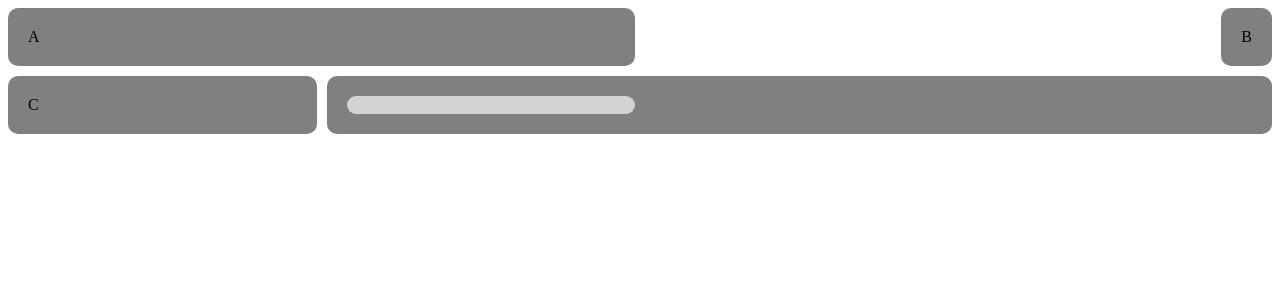
Repository: Yevhen94/nixhw
Page: fourth-lesson/index.html
These files come from the project's save history. The page is drawn as it stood at one moment and after the next save; the edit follows.
The browser window is 1280 px wide. The pictures show the whole page.

Above is the page before, as saved 2022-02-08 16:00:53.

### fourth-lesson/index.html
<!DOCTYPE html>
<html lang="en">
  <head>
    <meta charset="UTF-8" />
    <meta http-equiv="X-UA-Compatible" content="IE=edge" />
    <meta name="viewport" content="width=device-width, initial-scale=1.0" />
    <link rel="stylesheet" href="./styles/index.css" />
    <title>Flex+Grid</title>
  </head>
  <body>
    <!-- <div class="first-ex">
      <div class="block block--yellow">
        <span>A</span>
      </div>
      <div class="block block--yellow">
        <span>B</span>
      </div>
      <div class="block block--yellow">
        <span>C</span>
      </div>
      <div class="block block--pink">
        <span>D</span>
      </div>
      <div class="block block--pink">
        <span>E</span>
      </div>
      <div class="block block--pink">
        <span>F</span>
      </div>
      <div class="block block--green">
        <span>G</span>
      </div>
      <div class="block block--green">
        <span>H</span>
      </div>
      <div class="block block--green">
        <span>I</span>
      </div>
      <div class="block block--blue">
        <span>J</span>
      </div>
      <div class="block block--blue">
        <span>K</span>
      </div>
      <div class="block block--blue">
        <span>L</span>
      </div>
    </div> -->
    <!-- <div class="second-ex">
      <div class="resp-block two-in-one">
        <span>A</span>
      </div>
      <div class="resp-block">
        <span>B</span>
      </div>
      <div class="resp-block">
        <span>C</span>
      </div>
      <div class="resp-block">
        <span>D</span>
      </div>
      <div class="resp-block">
        <span>E</span>
      </div>
      <div class="resp-block">
        <span>F</span>
      </div>
      <div class="resp-block four-in-one">
        <span>G</span>
      </div>
      <div class="resp-block">
        <span>H</span>
      </div>
      <div class="resp-block">
        <span>I</span>
      </div>
      <div class="resp-block">
        <span>J</span>
      </div>
      <div class="resp-block three-in-one">
        <span>K</span>
      </div>
      <div class="resp-block">
        <span>L</span>
      </div>
      <div class="resp-block">
        <span>M</span>
      </div>
    </div> -->
    <div class="third-ex">
      <div class="item">
        <span>A</span>
      </div>
      <div class="item">
        <span>B</span>
      </div>
      <div class="item two-row-item">
        <span>C</span>
      </div>
      <div class="item subgrid">
        <div class="subitem subitem-first"></div>
        <div class="subitem"></div>
        <div class="subitem"></div>
      </div>
    </div>
  </body>
</html>

### fourth-lesson/styles/index.css
.first-ex {
  grid-template-columns: repeat(3, 1fr);
  display: grid;
  gap: 10px;
}

.block {
  justify-content: center;
  align-items: center;
  min-height: 150px;
  font-weight: bold;
  min-width: 150px;
  font-size: 30px;
  display: flex;
}

.block--yellow {
  background-color: yellow;
  justify-self: end;
}

.block--pink {
  background-color: pink;
  justify-self: start;
}

.block--green {
  background-color: lightgreen;
  justify-self: center;
}

.block--blue {
  background-color: lightblue;
}

.second-ex {
  grid-template-columns: repeat(auto-fill, minmax(200px, 1fr));
  display: grid;
  gap: 10px;
}

.resp-block {
  background-color: lightgrey;
  justify-content: center;
  align-items: center;
  border-radius: 20px;
  font-weight: bold;
  font-size: 30px;
  padding: 20px;
  display: flex;
}

.two-in-one {
  grid-column: 1 / span 2;
}

.four-in-one {
  grid-column-end: span 2;
  grid-row-end: span 2;
}

.three-in-one {
  grid-column-end: span 3;
}

.third-ex {
  grid-template-columns: repeat(4, 1fr);
  display: grid;
  gap: 10px;
}

.item {
  background-color: grey;
  border-radius: 10px;
  padding: 20px;
}

.item:nth-child(1) {
  grid-column-end: span 2;
}

.item:nth-child(2) {
  grid-column-end: span 2;
  justify-self: end;
}

.item:nth-child(3) {
  grid-column-end: span 1;
  grid-row-end: span 2;
}

.item:nth-child(4) {
  grid-column-end: span 3;
  grid-row-end: span 2;
}

.subgrid {
  grid-template-columns: subgrid;
  grid-template-rows: subgrid;
  display: grid;
}

.subitem {
  background-color: lightgray;
  border-radius: 10px;
}

.subitem-first {
  grid-row-end: span 2;
  grid-column: 1;
}

After the next save:
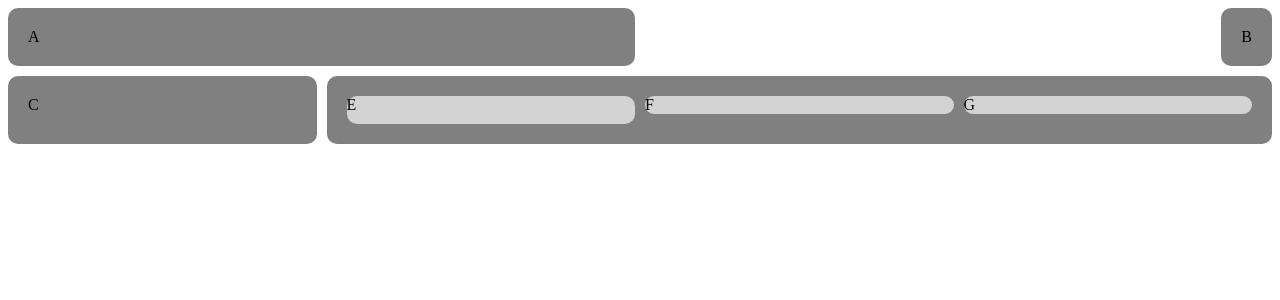
Saved 22 s later.
--- a/fourth-lesson/index.html
+++ b/fourth-lesson/index.html
@@ -98,9 +98,15 @@
         <span>C</span>
       </div>
       <div class="item subgrid">
-        <div class="subitem subitem-first"></div>
-        <div class="subitem"></div>
-        <div class="subitem"></div>
+        <div class="subitem subitem-first">
+          <span>E</span>
+        </div>
+        <div class="subitem">
+          <span>F</span>
+        </div>
+        <div class="subitem">
+          <span>G</span>
+        </div>
       </div>
     </div>
   </body>
